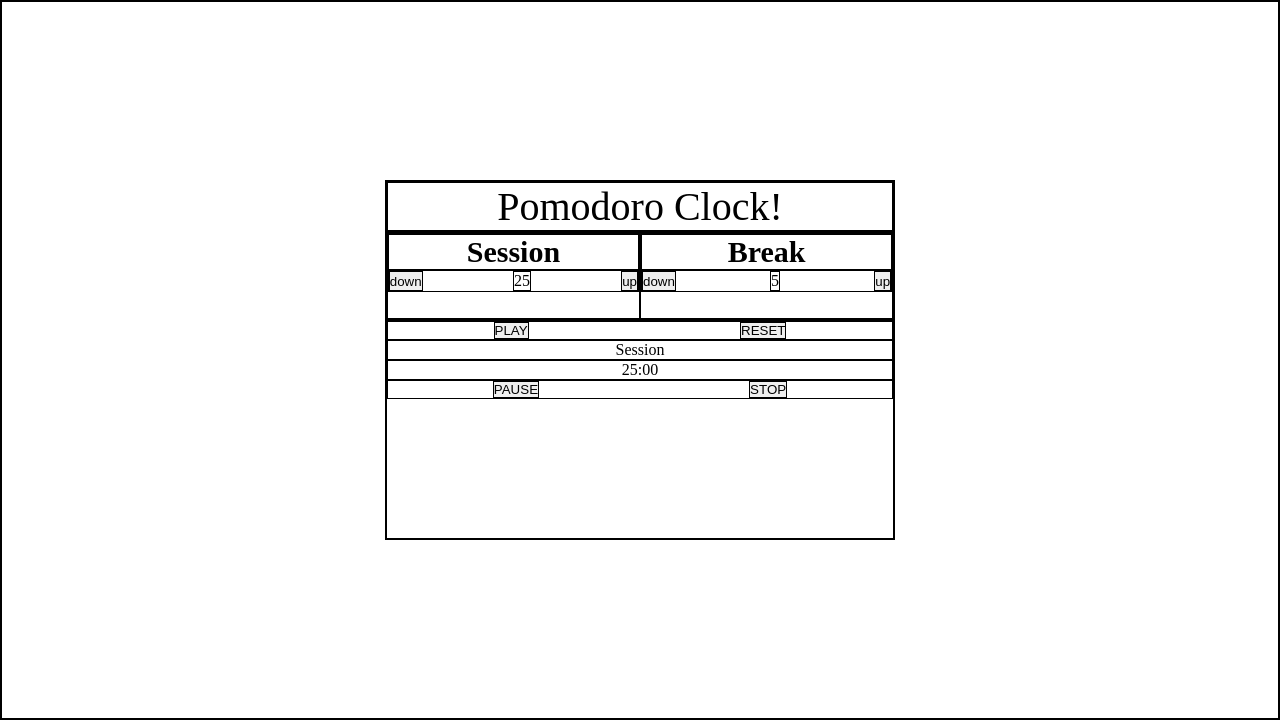
Repository: mcostigliola/pomodoroTimer
Page: index.html
An editor plug-in stored every save of this project. The page is shown before and after the next save, followed by the edit.
The browser window is 1280 px wide. The pictures show the whole page.

Above is the page before, as saved 2020-06-05 19:55:56.

### index.html
<!DOCTYPE html>
<html>
<head>
  <meta charset='utf-8'>
  <meta http-equiv='X-UA-Compatible' content='IE=edge'>
  <title>Page Title</title>
  <meta name='viewport' content='width=device-width, initial-scale=1'>
  <link rel='stylesheet' type='text/css' media='screen' href='main.css'>
</head>
<body>
  <div id="main-container">
    <div id="title-watch">
      <p>Pomodoro Clock!</p>
    </div>

    <div id="session-container">
      <div class="timer-configurator">
        <h3 class="cnfg-name">Session</h3>
        <div class="cnfg-controller">
          <button id="session-down" class="arrow-btn arrow-down">
            down
          </button>
          <div id="session-minute" class="config-minute"></div>
          <button id="session-up" class="arrow-btn arrow-up">
            up
          </button>
        </div>
      </div>
      <div class="timer-configurator">
        <h3 class="cnfg-name">Break</h3>
        <div class="cnfg-controller">
          <button id="break-down" class="arrow-btn arrow-down">
            down
          </button>
          <div id="break-minute" class="config-minute"></div>
          <button id="break-up" class="arrow-btn arrow-up">
            up
          </button>
        </div>
      </div>
    </div>

    <div id="timer-container">
       <div class="btn-container">
         <button id="btn-play">PLAY</button>
         <button id="btn-reset">RESET</button>
       </div>

       <p id="status">Session</p>
       <p id="timer">25:00</p>
       <div class="btn-container">
         <button id="btn-pause">PAUSE</button>
         <button id="btn-stop">STOP</button>
       </div>

    </div>
  </div>

  <script src='main.js'></script>
</body>
</html>

### main.css
*{
    border: 1px solid black;
    box-sizing: border-box;
    margin:0;
    padding:0;
}

html{
    height: 100%;
}

body{
    display: flex;
    flex-flow: column;
    height: 100%;
}

button{

}

#main-container{
    display: flex;
    flex-flow: column;
    height: 50vh;
    justify-content: space-between;
    margin: auto;
    width: 40%;
}

#session-container{
    display: flex;
    height: 30%;
}

#timer-container{
    height: 75%;
}

#timer-container p{
    display:flex;
    flex-flow: column;
    text-align: center;
}

#title-watch{
    align-items: center;
    display: flex;
    height: 15%;
    text-align: center;
}

#title-watch p{
    flex-grow: 1;
    font-size: 40px;
}

.btn-container{
    display: flex;
    justify-content: space-around;
}

.cnfg-controller{
    display: flex;
    justify-content: space-between;
}

.cnfg-name{
    font-size: 30px;
}


.timer-configurator{
    display: flex;
    flex-flow: column;
    width: 50%;
}

.timer-configurator h3{
    text-align: center;
}

### main.js
const MAX_CNFG_VALUE = 99;
const DEFMINUTES = 25;
const DEFBREAK = 5;
let configSessionMinutes = DEFMINUTES;
let configBreakMinutes = DEFBREAK;
let timerMinutes = configSessionMinutes;
let timerSeconds = 0;
let intervalId;
let isPaused = true;
let isOnBreak = false;
let sessionP = document.getElementById('status');
document.getElementById('session-minute').innerText = configSessionMinutes.toString();
document.getElementById('break-minute').innerText = configBreakMinutes.toString();

let arrowBtns = Array.from(document.querySelectorAll('.arrow-btn'));
arrowBtns.forEach(btn => btn.addEventListener('click', pressArrow));

document.getElementById('btn-play').addEventListener('click', pressPlay);
document.getElementById('btn-pause').addEventListener('click', pressPause);
document.getElementById('btn-stop').addEventListener('click', pressStop);
document.getElementById('btn-reset').addEventListener('click', resetButton);

function pressArrow(e){
  const buttonId = e.target.id;
  changeConfigMinutes(buttonId);
  alignConfigWithDisplay(buttonId);
}

function alignConfigWithDisplay(buttonId){
  if(buttonId.includes('break')){
    updateDisplay();
    if(isPaused && isOnBreak){
      timerMinutes = configBreakMinutes;
      updateDisplay();
    }
  }else{
    updateDisplay();
    if(isPaused && !isOnBreak){
      timerMinutes = configSessionMinutes;
      updateDisplay();
    }
  }
}

function changeConfigMinutes(buttonId){
  switch(buttonId){
    case "session-up":
      if(configSessionMinutes < MAX_CNFG_VALUE) configSessionMinutes++;
      break;
    case "session-down":
      if(configSessionMinutes > 0) configSessionMinutes--;
      break;
    case "break-up":
      if(configBreakMinutes < MAX_CNFG_VALUE) configBreakMinutes++;
      break;
    case "break-down":
      if(configBreakMinutes > 0) configBreakMinutes--;
      break;
  }
}

function updateDisplay(){
  updateTimerText();
  udpateConfigText();
}

function updateTimerText(){
  let timer = '';
  timerMinutes < 10 ? timer = `0${timerMinutes}`: timer = timerMinutes;
  timerSeconds < 10 ? timer += `:0${timerSeconds}`: timer += `:${timerSeconds}`;
  document.getElementById('timer').innerText = timer;
}

function udpateConfigText(){
  document.getElementById('break-minute').innerText = configBreakMinutes.toString();
  document.getElementById('session-minute').innerText = configSessionMinutes.toString();
}

function countdown(){
   intervalId = setInterval(() => {
    if(isPaused === true){
      clearInterval(intervalId);
      return;
    }
    if (timerSeconds > 0){
          timerSeconds--;
          updateDisplay();
    }else{
      if (timerMinutes > 0){
        timerMinutes--;
        timerSeconds = 59;
        updateDisplay();
      } else {
        isPaused = true;
        switchStatus();
      }
    }
   }, 1000);
}

function pressPlay(){
  if (isPaused){
    countdown();
    isPaused = false;
  }
}

function pressPause(){
  if(!isPaused) isPaused = true;
}

function pressStop(){
  timerSeconds = 0;
  isPaused = true;
  if(isOnBreak){
    sessionP.innerText = "Break";
    timerMinutes = configBreakMinutes;
  }else{
    sessionP.innerText = "Session";
    timerMinutes = configSessionMinutes;
  }
  updateDisplay();
}

function resetButton(){
  configSessionMinutes = DEFMINUTES;
  configBreakMinutes = DEFBREAK;
  isPaused = true;
  isOnBreak = false;
  timerMinutes = configSessionMinutes;
  timerSeconds = 0;
  sessionP.innerText = "Session";
  updateDisplay();
}

function switchStatus(){
  clearInterval(intervalId);
  isOnBreak = !isOnBreak;
  if(isOnBreak){
    timerMinutes = configBreakMinutes;
    sessionP.innerText = "Break";
  } else {
    timerMinutes = configSessionMinutes;
    sessionP.innerText = "Session";
  }
  isPaused = true;
  updateDisplay();
}

After the next save:
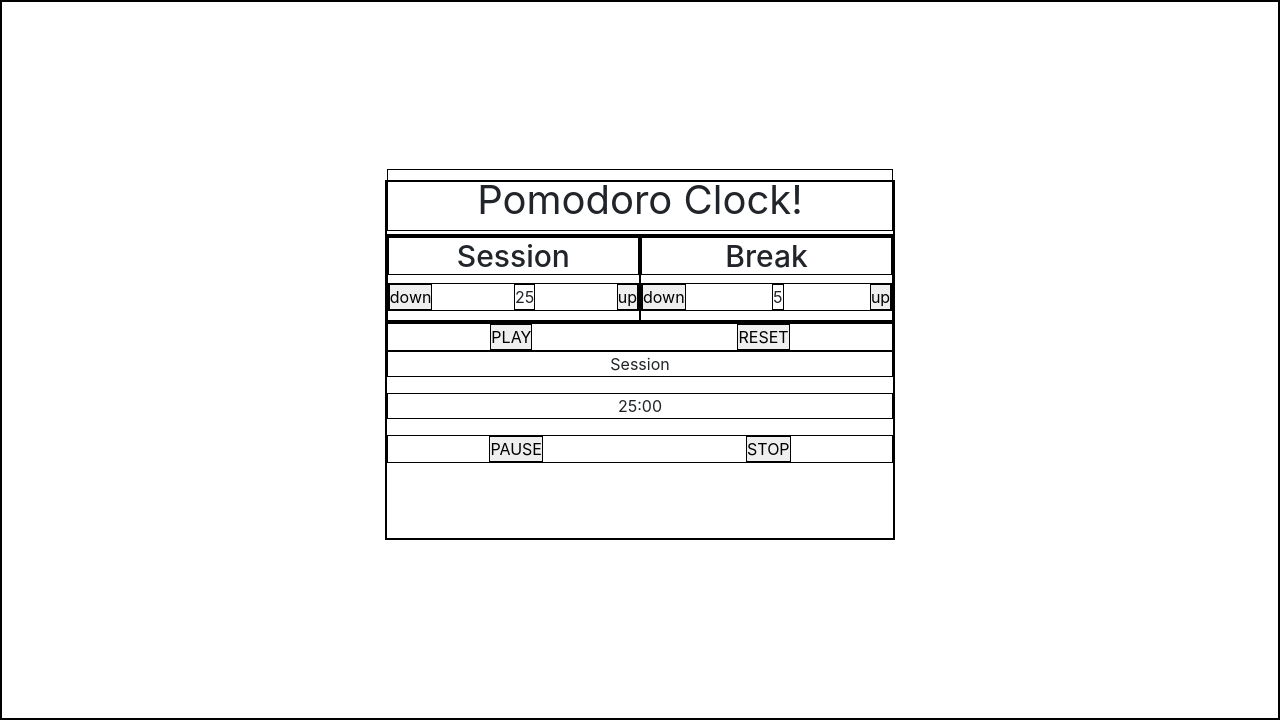
Saved 39 h 30 min later.
--- a/index.html
+++ b/index.html
@@ -1,6 +1,7 @@
 <!DOCTYPE html>
 <html>
 <head>
+  <link rel="stylesheet" href="https://stackpath.bootstrapcdn.com/bootstrap/4.1.3/css/bootstrap.min.css" integrity="sha384-MCw98/SFnGE8fJT3GXwEOngsV7Zt27NXFoaoApmYm81iuXoPkFOJwJ8ERdknLPMO" crossorigin="anonymous">
   <meta charset='utf-8'>
   <meta http-equiv='X-UA-Compatible' content='IE=edge'>
   <title>Page Title</title>

After the save that followed:
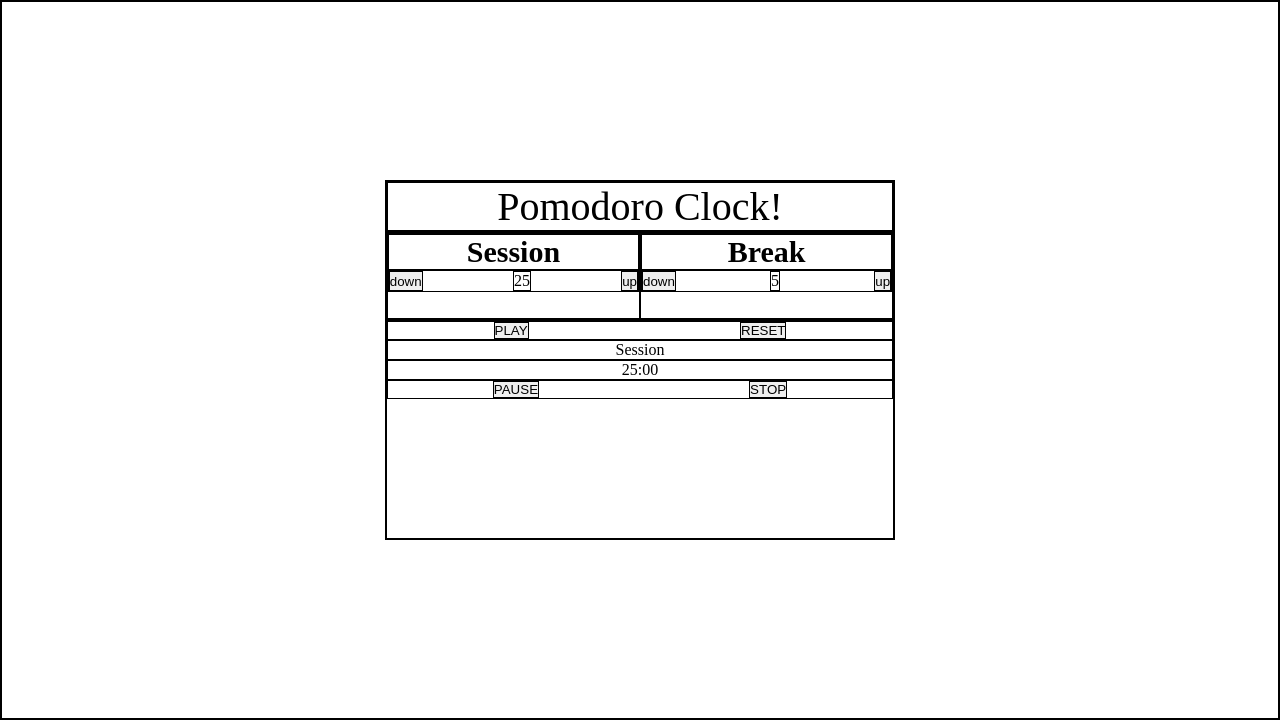
Saved 29 s later.
--- a/index.html
+++ b/index.html
@@ -1,7 +1,6 @@
 <!DOCTYPE html>
 <html>
 <head>
-  <link rel="stylesheet" href="https://stackpath.bootstrapcdn.com/bootstrap/4.1.3/css/bootstrap.min.css" integrity="sha384-MCw98/SFnGE8fJT3GXwEOngsV7Zt27NXFoaoApmYm81iuXoPkFOJwJ8ERdknLPMO" crossorigin="anonymous">
   <meta charset='utf-8'>
   <meta http-equiv='X-UA-Compatible' content='IE=edge'>
   <title>Page Title</title>
